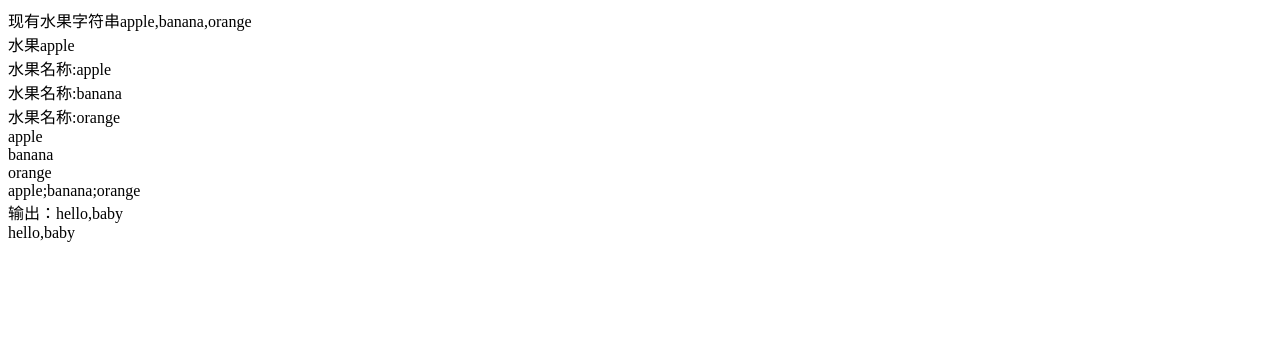
Repository: ljcan/PHP_Scripts
Page: http://localhost/src/new_file09.php
An editor plug-in stored every save of this project. The page is shown before and after the next save, followed by the edit.
The browser window is 1280 px wide. The pictures show the whole page.
The page is run by PHP 8.4 with error messages shown; the project is at /var/www/html/.

Above is the page before, as saved 2017-07-04 16:20:07.

After the next save:
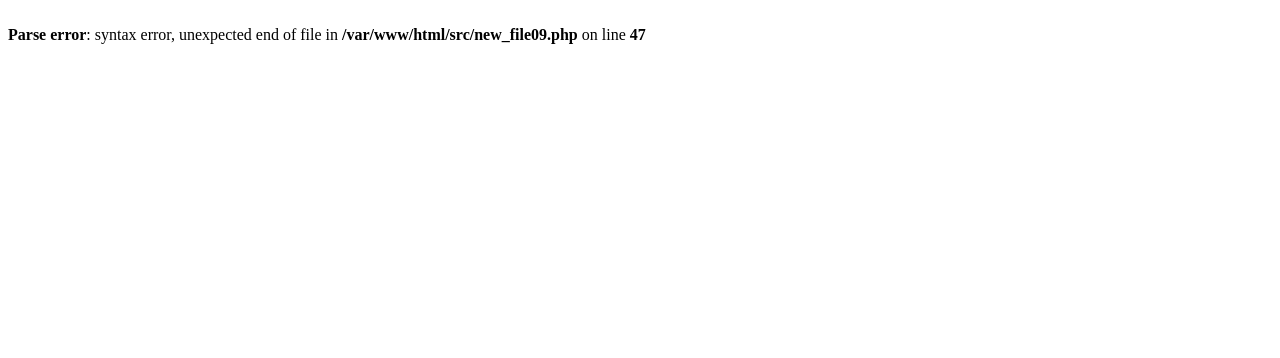
Saved 11 min 3 s later.
--- a/myjavascript_file/myphp/src/new_file09.php
+++ b/myjavascript_file/myphp/src/new_file09.php
@@ -30,7 +30,14 @@
 	$he="</br>输出：hello,baby";
 	echo $he."</br>";
 	echo strstr($he, "hello");
-
+	//strrchr($str1,$str2)函数返回$str1中从$str2最后一次出现到最后的部分
+	$them=<<<Student
+	message:张三，成绩91分；</br>
+	message:李四，成绩82分;</br>
+	message:王五，成绩73分;
+	student;
+	echo $them."</br>";
+	echo "倒数第一的是：".strrchr($them, "message");
 
 
 	?>

After the save that followed:
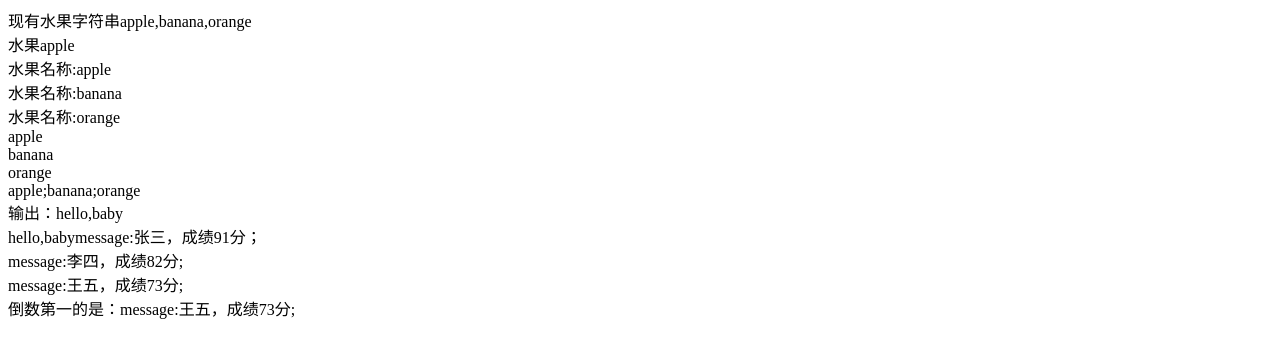
Saved 48 s later.
--- a/myjavascript_file/myphp/src/new_file09.php
+++ b/myjavascript_file/myphp/src/new_file09.php
@@ -31,7 +31,7 @@
 	echo $he."</br>";
 	echo strstr($he, "hello");
 	//strrchr($str1,$str2)函数返回$str1中从$str2最后一次出现到最后的部分
-	$them=<<<Student
+	$them=<<<student
 	message:张三，成绩91分；</br>
 	message:李四，成绩82分;</br>
 	message:王五，成绩73分;
